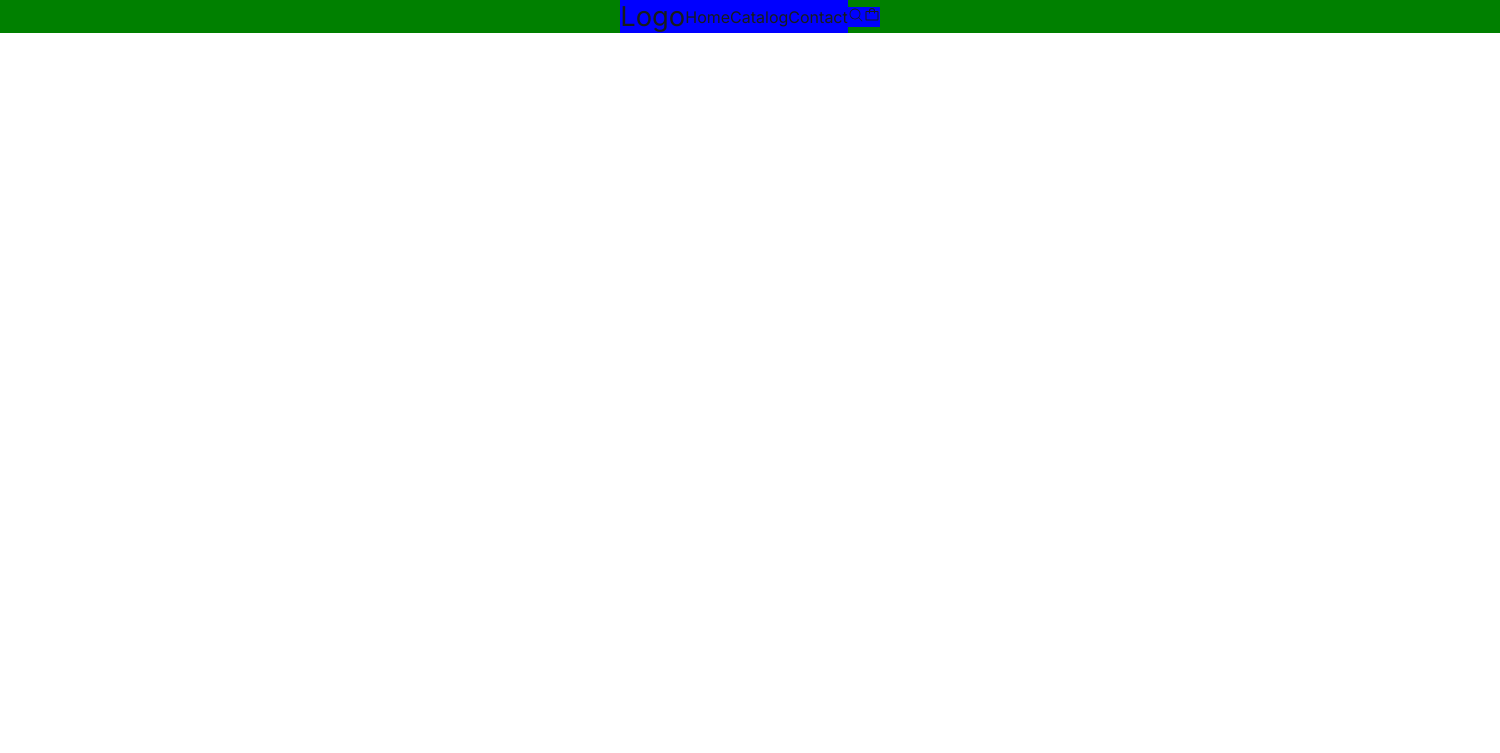
Repository: David-Waite/ecommercefrontendTemplate
Page: /
The author's editor kept a copy of each file at every save. The page is drawn from the files as they stood at one save, then again after the next save.
The browser window is 1280 px wide. The page is 1500 px wide, so the pictures cover 1500 px, including what lies to the right of the window. The pictures show the whole page.
The project was rebuilt for these pictures with package versions that can differ from the ones it lists, and the page was loaded fresh each time. The framework's server and built-in components were replaced by stand-ins that run in the browser. Also part of the build but not shown: next.config.js.

Above is the page before, as saved 2023-08-24 17:23:13.

### app/layout.js
import Nav from "./Components/Nav/Nav";
import "./globals.css";
import { Inter } from "next/font/google";

const inter = Inter({ subsets: ["latin"] });

export const metadata = {
  title: "Create Next App",
  description: "Generated by create next app",
};

export default function RootLayout({ children }) {
  return (
    <html lang="en">
      <body className={inter.className}>
        <Nav />
        {children}
      </body>
    </html>
  );
}

### app/Components/Nav/Nav.js
import Link from "next/link";
import { PiMagnifyingGlassLight, PiBag } from "react-icons/pi";
import styles from "./Nav.module.css";

export default function Nav() {
  return (
    <nav className={styles.nav}>
      <div>
        <Link className={styles.logo} href="/">
          Logo
        </Link>
        <div>
          <Link href="/">Home</Link>
          <Link href="#">Catalog</Link>
          <Link href="#">Contact</Link>
        </div>
      </div>
      <div>
        <Link href="#">
          <PiMagnifyingGlassLight />
        </Link>
        <Link href="#">
          <PiBag />
        </Link>
      </div>
    </nav>
  );
}

### app/globals.css
:root {
  --primary: ;
  --black: #191d1b;
  --background: #ffffff;
  --white: #ffffff;
  --grey: #606060;
  --error: #a83c23;
  --max-width: 1500px;
  --fontBase: 17.5px;
  --fontPlus1: 21.88px;
  --fontPlus2: 27.34px;
  --fontPlus3: 34.18px;
  --fontMinus1: 14px;
  --fontMinus2: 11.2px;
}

* {
  padding: 0;
  margin: 0;
  box-sizing: border-box;
}

### app/Components/Nav/Nav.module.css
.nav {
  display: flex;
  align-items: center;
  justify-content: center;
  margin: 0 auto;
  background-color: green;
  width: var(--max-width);
}

.nav div {
  display: flex;
  align-items: center;
  justify-content: center;
  background-color: blue;
}

.nav a {
  text-decoration: none;
  color: var(--black);
}

.logo {
  font-size: var(--fontPlus2);
}

Loaded but not shown: app/page.js (common file); app/page.module.css (common file)

After the next save:
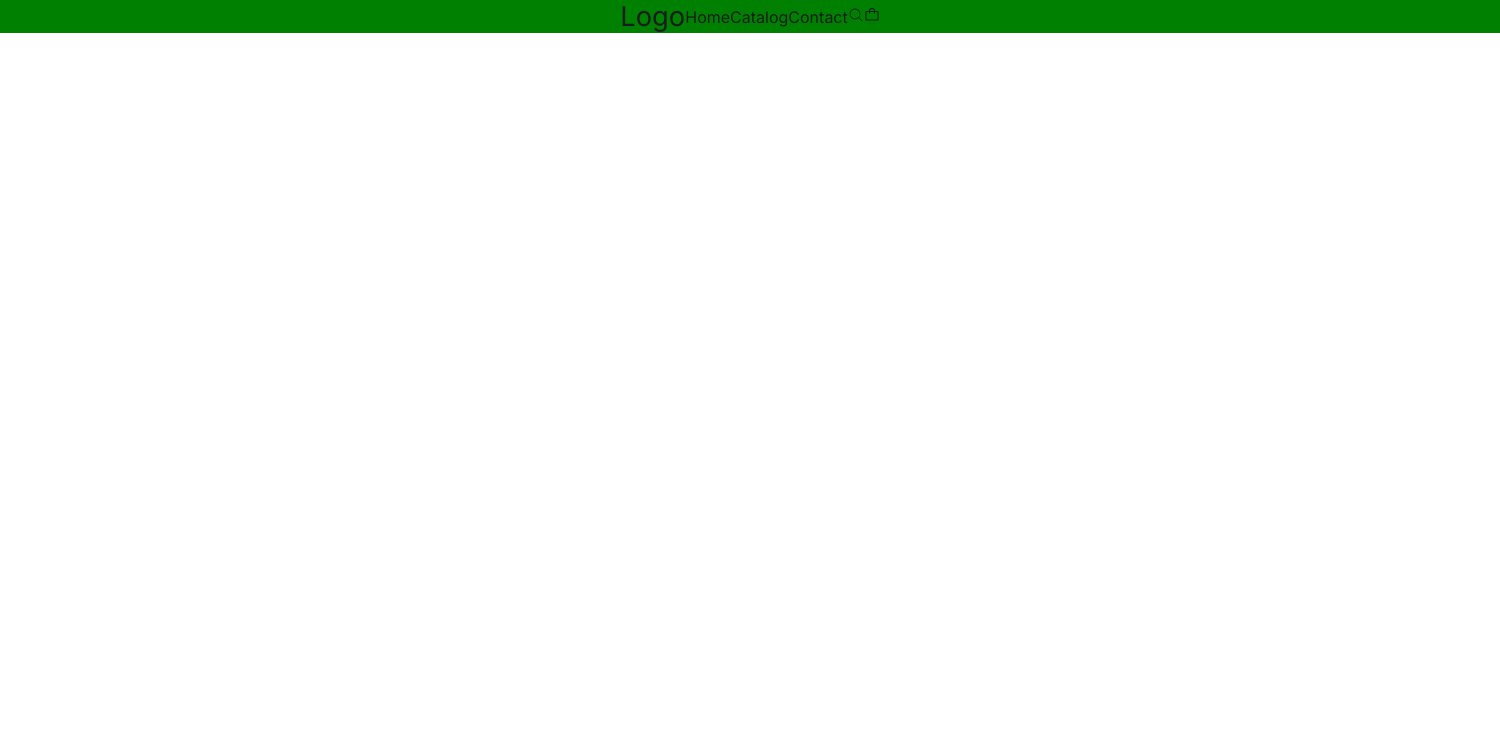
Saved 6 s later.
--- a/app/Components/Nav/Nav.module.css
+++ b/app/Components/Nav/Nav.module.css
@@ -11,7 +11,6 @@
   display: flex;
   align-items: center;
   justify-content: center;
-  background-color: blue;
 }
 
 .nav a {
